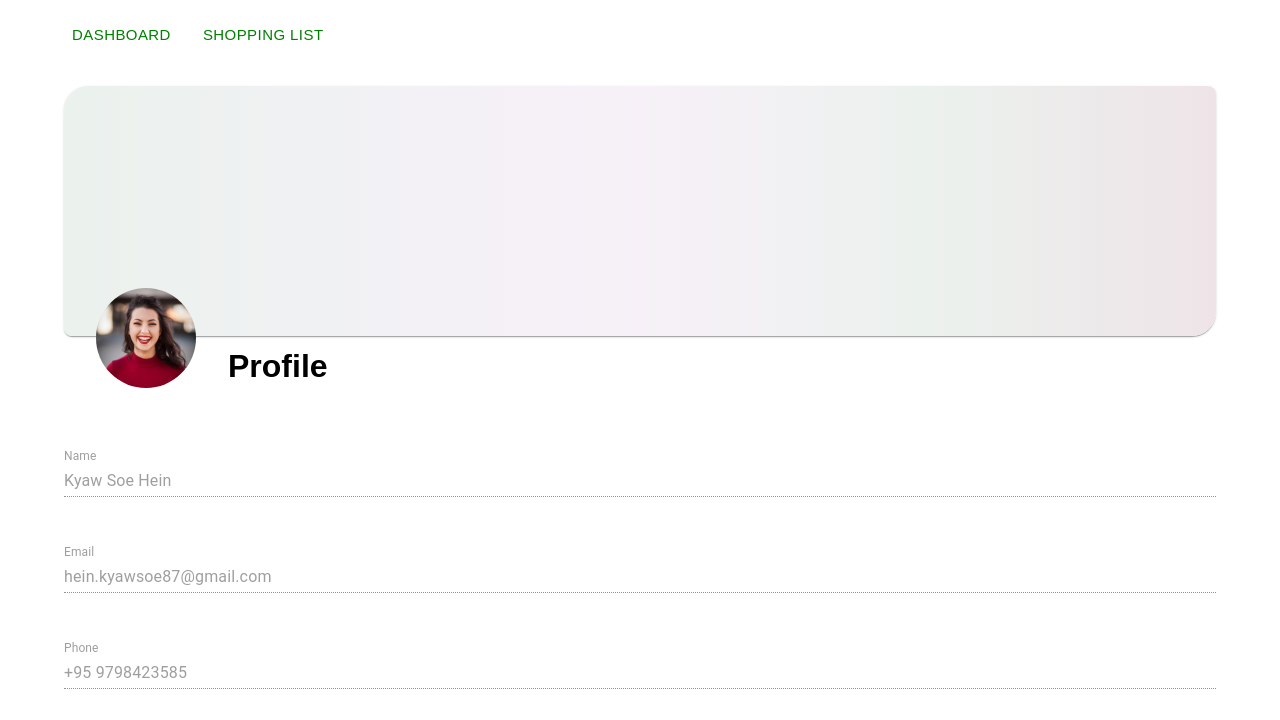
Repository: KyawSoeHein/GoogleAuthReact
Page: /
These files come from the project's save history. The page is drawn as it stood at one moment and after the next save; the edit follows.
The browser window is 1280 px wide. The pictures show the whole page.
The project was rebuilt for these pictures with package versions that can differ from the ones it lists, and the page was loaded fresh each time.

Above is the page before, as saved 2022-02-14 20:27:00.

After the next save:
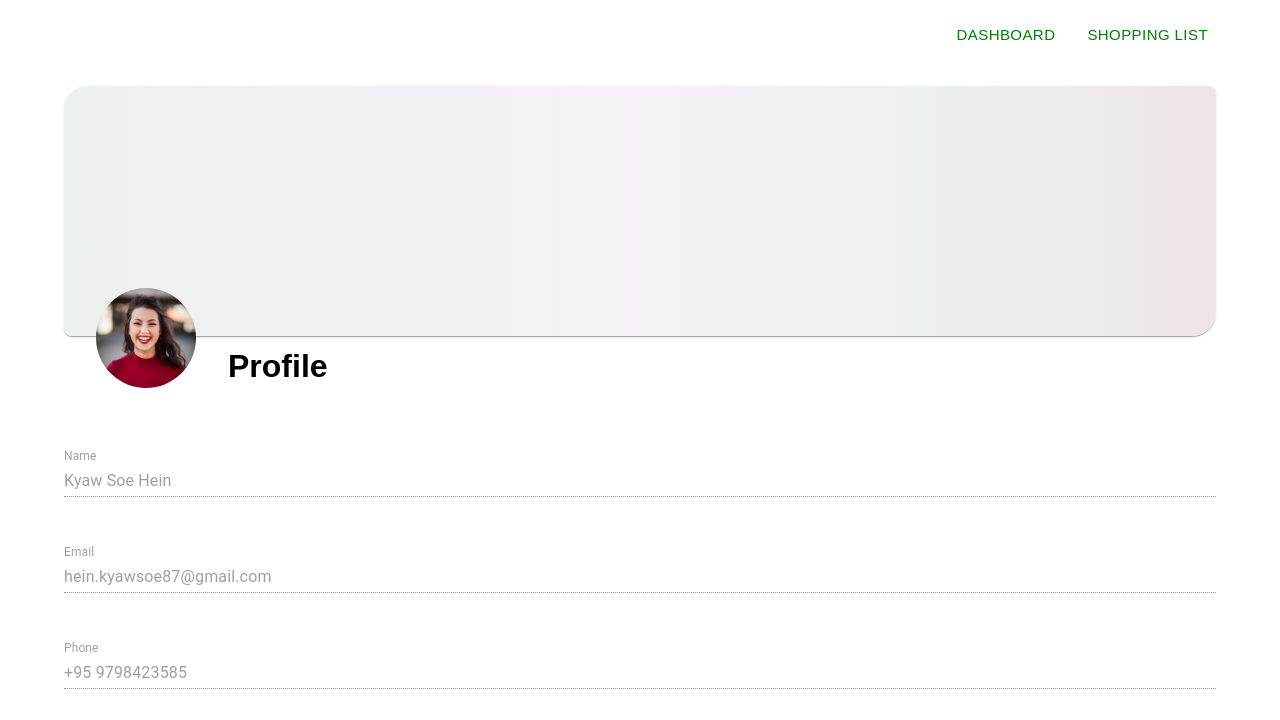
Saved 13 s later.
--- a/src/View/Dashboard.tsx
+++ b/src/View/Dashboard.tsx
@@ -10,7 +10,7 @@
   return (
     <Grid>
       <Container>
-        <div style={{ marginTop: dividerSpace }}>
+        <div style={{ marginTop: dividerSpace, justifySelf: "flex-end" }}>
           <MenuSelection />
         </div>
 

After the 2 saves that followed:
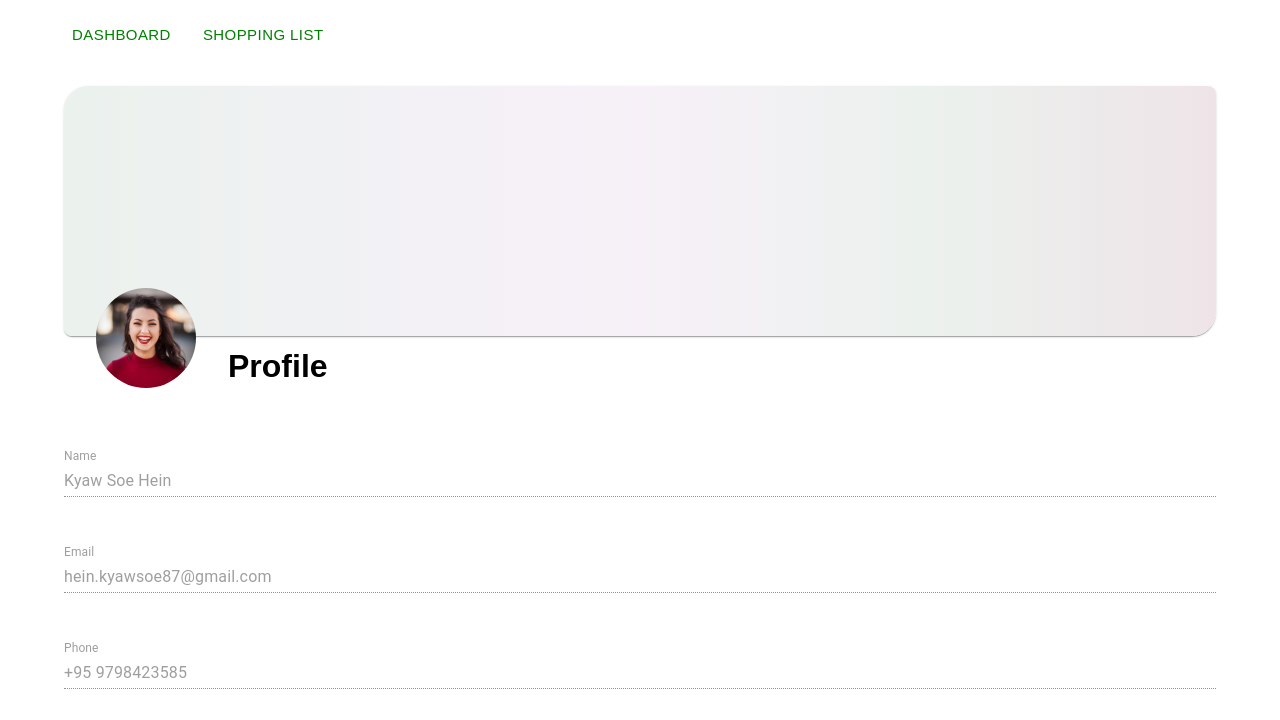
The 2 saves are shown as one change because 1 left the picture as it was.
The last was saved 31 s later.
--- a/src/View/Dashboard.tsx
+++ b/src/View/Dashboard.tsx
@@ -10,7 +10,7 @@
   return (
     <Grid>
       <Container>
-        <div style={{ marginTop: dividerSpace, justifySelf: "flex-end" }}>
+        <div style={{ marginTop: dividerSpace, justifyContent: "flex-end" }}>
           <MenuSelection />
         </div>
 
